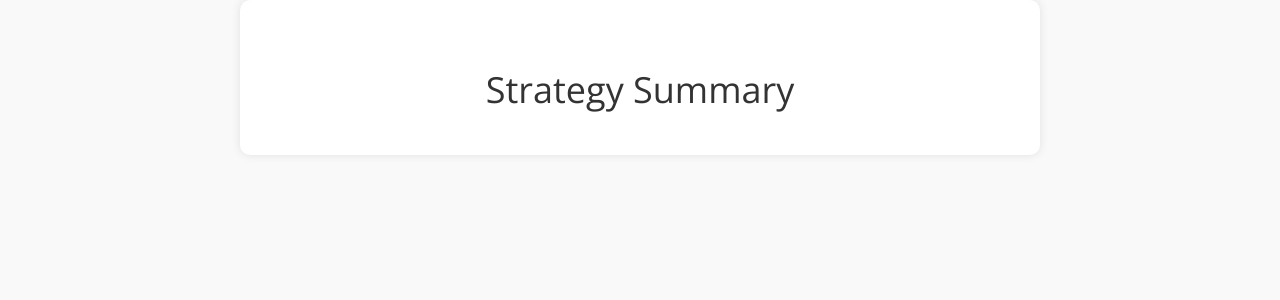
Repository: shiv-aye/stockEye
Page: src/index.html
These files come from the project's save history. The page is drawn as it stood at one moment and after the next save; the edit follows.
The browser window is 1280 px wide. The pictures show the whole page.
The page's requests for data from a server got no answer.

Above is the page before, as saved 2024-02-14 12:10:59.

After the next save:
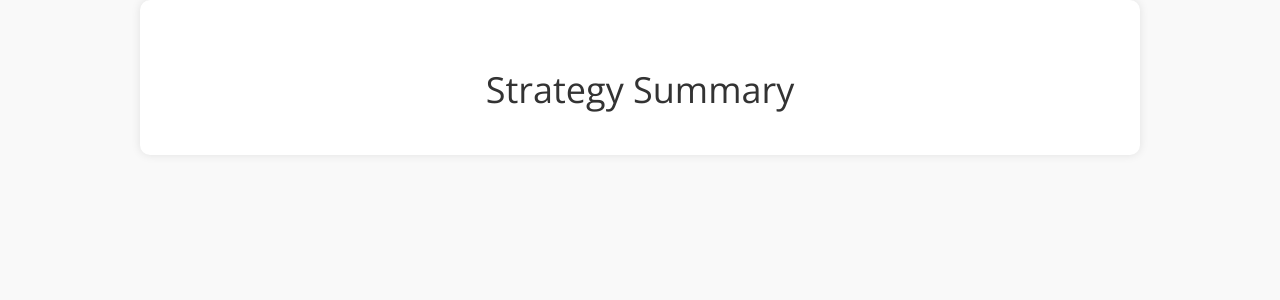
Saved 43 s later.
--- a/src/styles.css
+++ b/src/styles.css
@@ -39,7 +39,7 @@ tr:hover {
 
 /* Additional styles */
 .container {
-    max-width: 800px;
+    max-width: 1000px;
     margin: 0 auto;
     padding: 20px;
     background-color: #fff;
